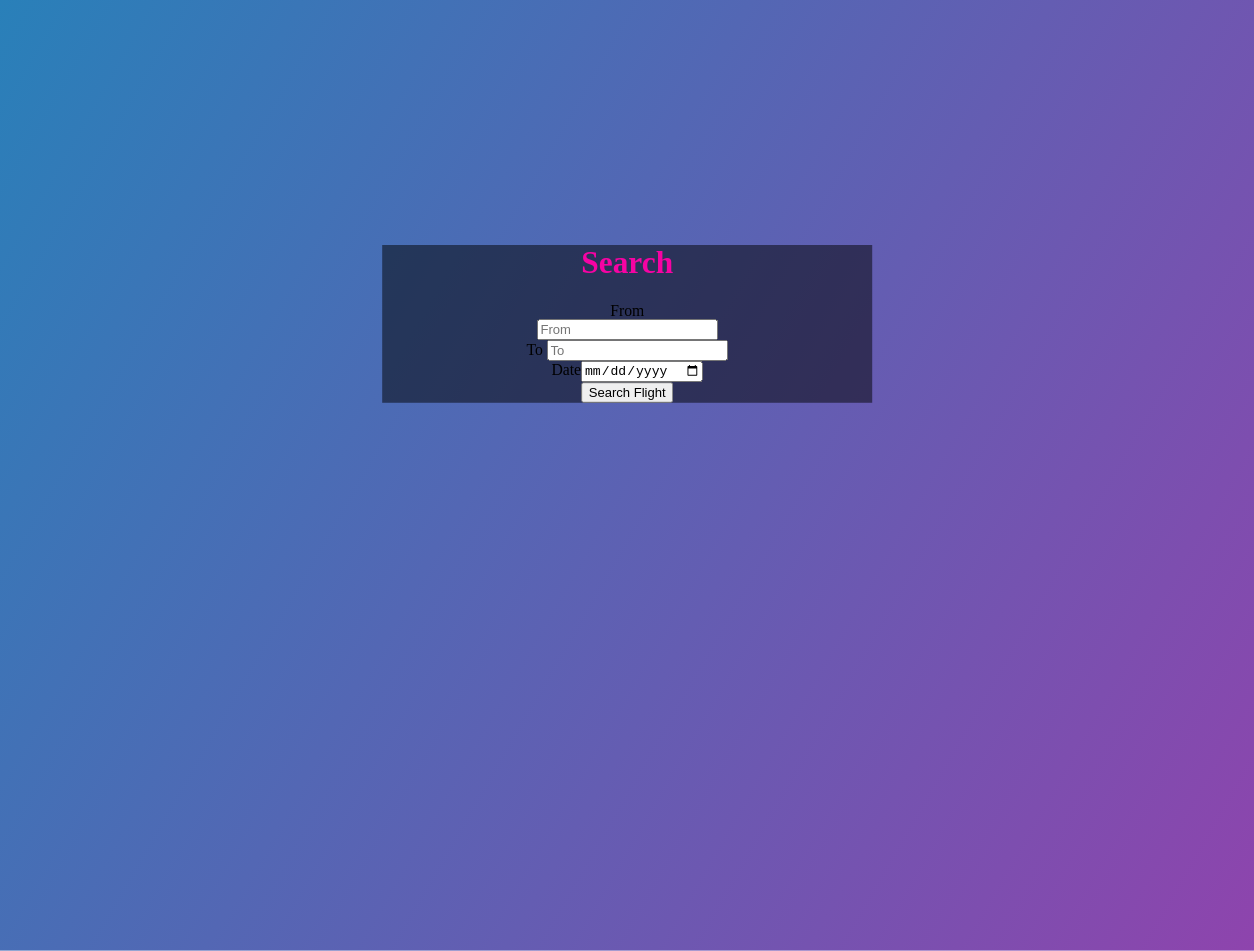
Repository: kalpesh3070/backend2
Page: flyaway/src/main/webapp/Home.html
These files come from the project's save history. The page is drawn as it stood at one moment and after the next save; the edit follows.
The browser window is 1280 px wide. The pictures show the whole page, at 98% of full size.

Above is the page before, as saved 2022-11-13 18:47:52.

After the next save:
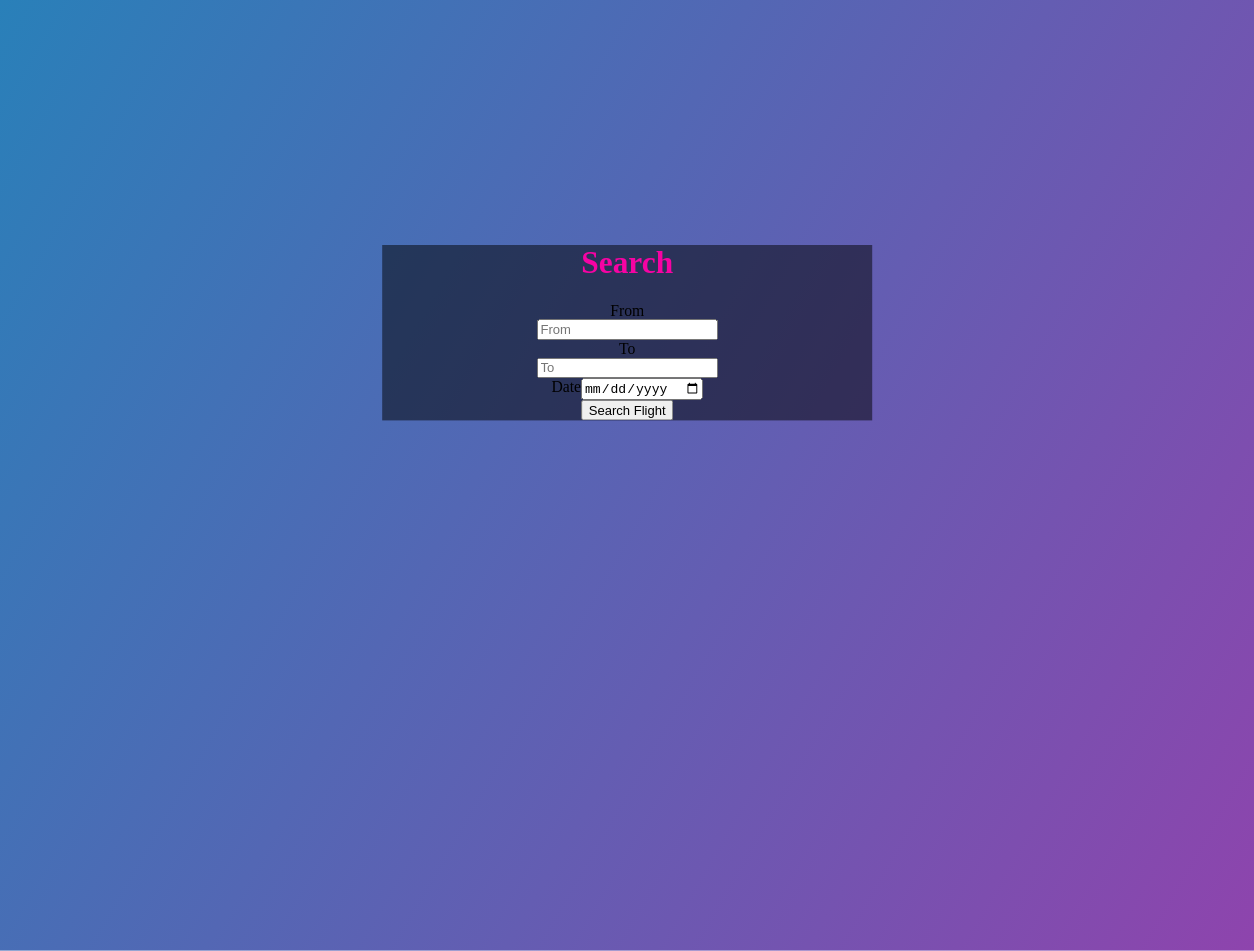
Saved 5 s later.
--- a/flyaway/src/main/webapp/home.css
+++ b/flyaway/src/main/webapp/home.css
@@ -21,5 +21,5 @@ margin:250px auto
 }
 
 .lable lable{
-	bisplay:block;
+	display:block;
 }
